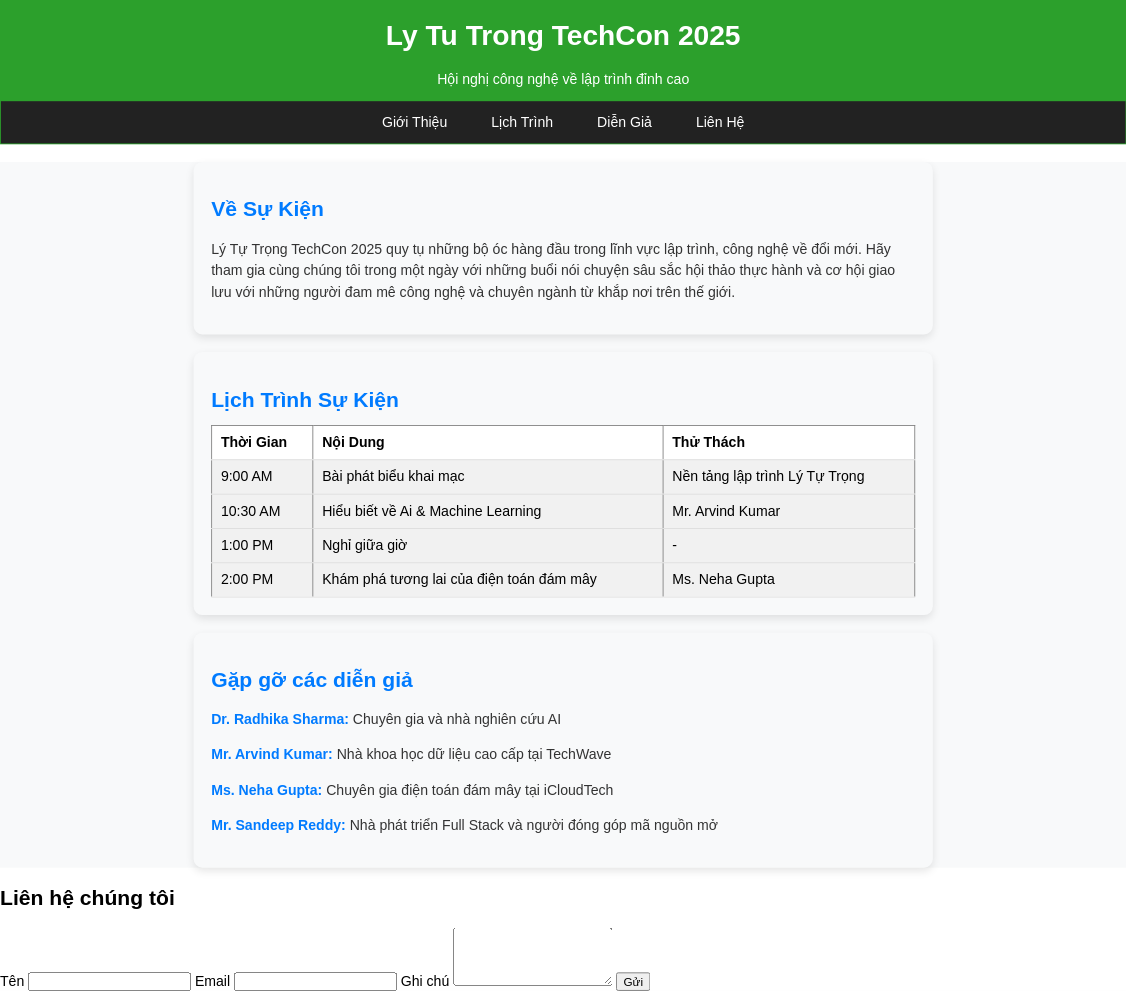
Repository: NhatMinh121/BaiTapVeNha1
Page: index.html
These files come from the project's save history. The page is drawn as it stood at one moment and after the next save; the edit follows.
The browser window is 1280 px wide. The page is 1280 px wide, then 1300 px, so the pictures cover 1300 px, including what lies to the right of the window. The pictures show the whole page, at 88% of full size.

Above is the page before, as saved 2025-03-28 23:16:39.

After the next save:
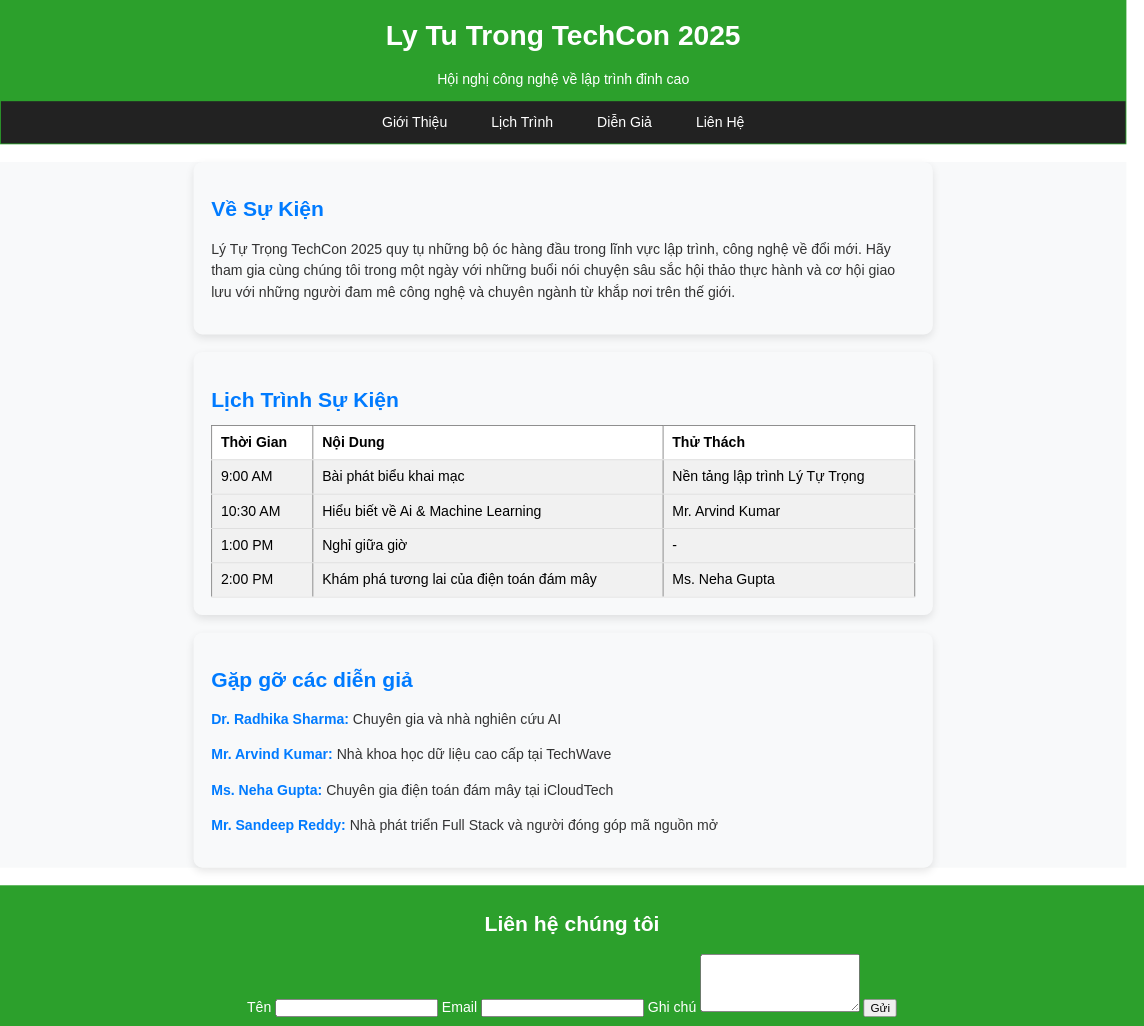
Saved 41 s later.
--- a/style.css
+++ b/style.css
@@ -133,8 +133,12 @@ tr:hover {
     color: #007bff;
 }
 
-.Meeting ul {
-    list-style: none;
-    padding: 0;
-    margin: 0;
+.footer-contract {
+    background-color: #2ca02c;
+    color: white;
+    padding: 10px;
+    text-align: center;
+    position: relative;
+    bottom: 0;
+    width: 100%;
 }
